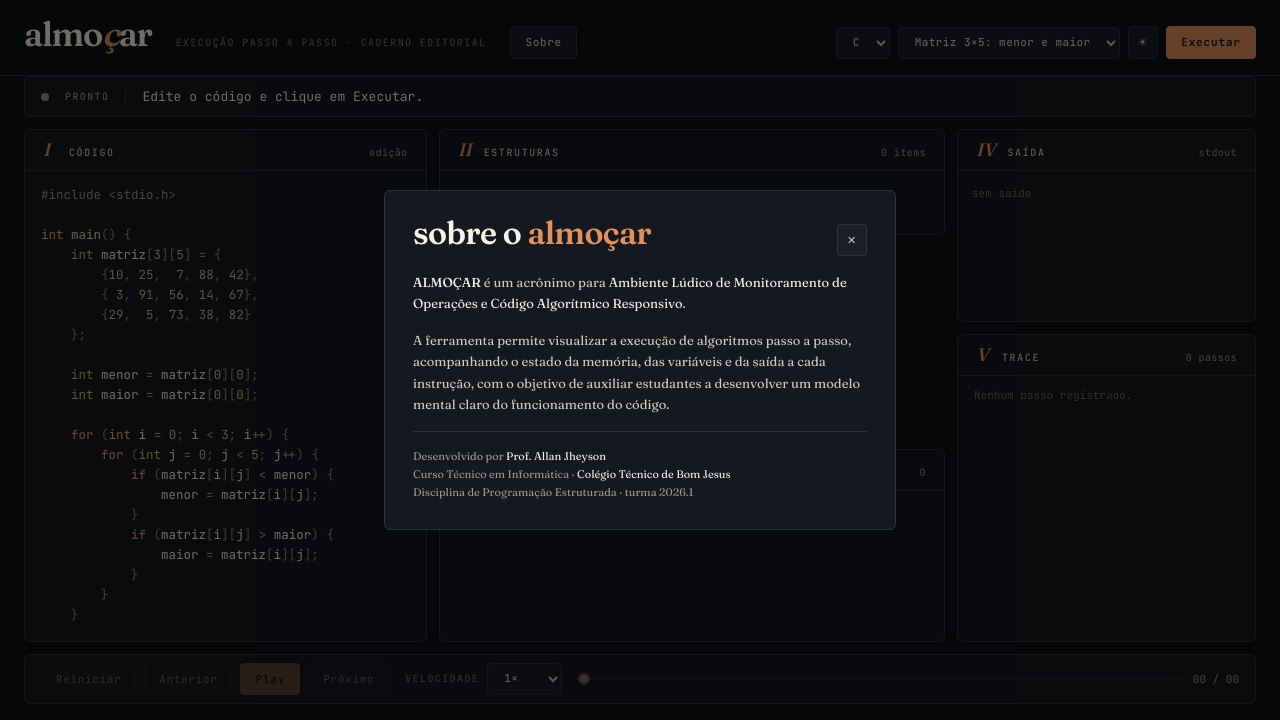
Repository: allramos/almocar
Page: /, after clicking the first element matching `button.btn`
An editor plug-in stored every save of this project. The page is shown before and after the next save, followed by the edit.
The browser window is 1280 px wide. The pictures show the whole page.
The project was rebuilt for these pictures with package versions that can differ from the ones it lists, and the page was loaded fresh each time. Also part of the build but not shown: vite.config.ts.

Above is the page before, as saved 2026-04-07 16:24:04.

After the next save:
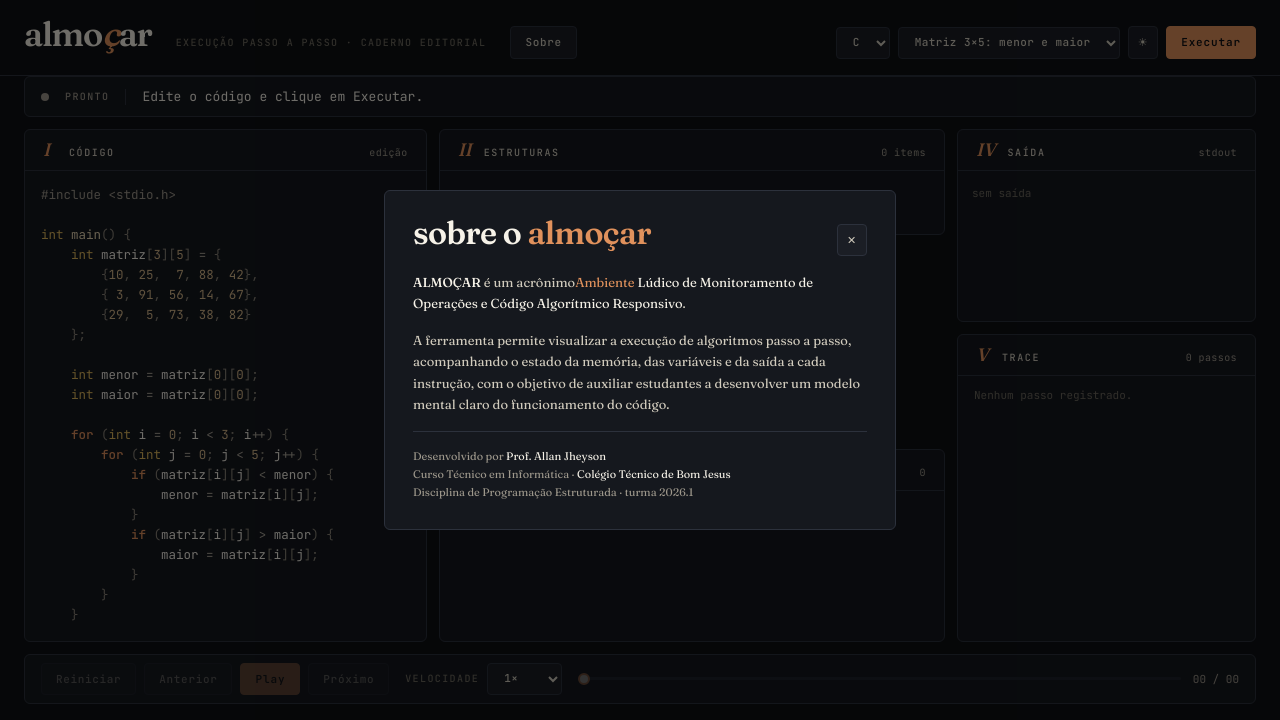
Saved 57 s later.
--- a/src/App.tsx
+++ b/src/App.tsx
@@ -301,13 +301,16 @@ function AboutDialog({ onClose }: { onClose: () => void }) {
         <div className="text-ink-dim text-[13px] leading-relaxed space-y-4 font-sans">
           <p>
             <span className="text-ink font-medium">ALMOÇAR</span> é um acrônimo
-            para <span className="text-ink">Ambiente</span>{" "}
-            <span className="text-ink">Lúdico de</span>{" "}
-            <span className="text-ink">Monitoramento de</span>{" "}
-            <span className="text-ink">Operações e</span>{" "}
-            <span className="text-ink">Código</span>{" "}
-            <span className="text-ink">Algorítmico</span>{" "}
-            <span className="text-ink">Responsivo</span>.
+            <span className="text-ember">Ambiente</span>{" "}
+                  <span className="text-ink">Lúdico</span>{" "}
+                  <span className="text-ink">de</span>{" "}
+                  <span className="text-ink">Monitoramento</span>{" "}
+                  <span className="text-ink">de</span>{" "}
+                  <span className="text-ink">Operações</span>{" "}
+                  <span className="text-ink">e</span>{" "}
+                  <span className="text-ink">Código</span>{" "}
+                  <span className="text-ink">Algorítmico</span>{" "}
+                  <span className="text-ink">Responsivo</span>.
           </p>
           <p>
             A ferramenta permite visualizar a execução de algoritmos passo a
